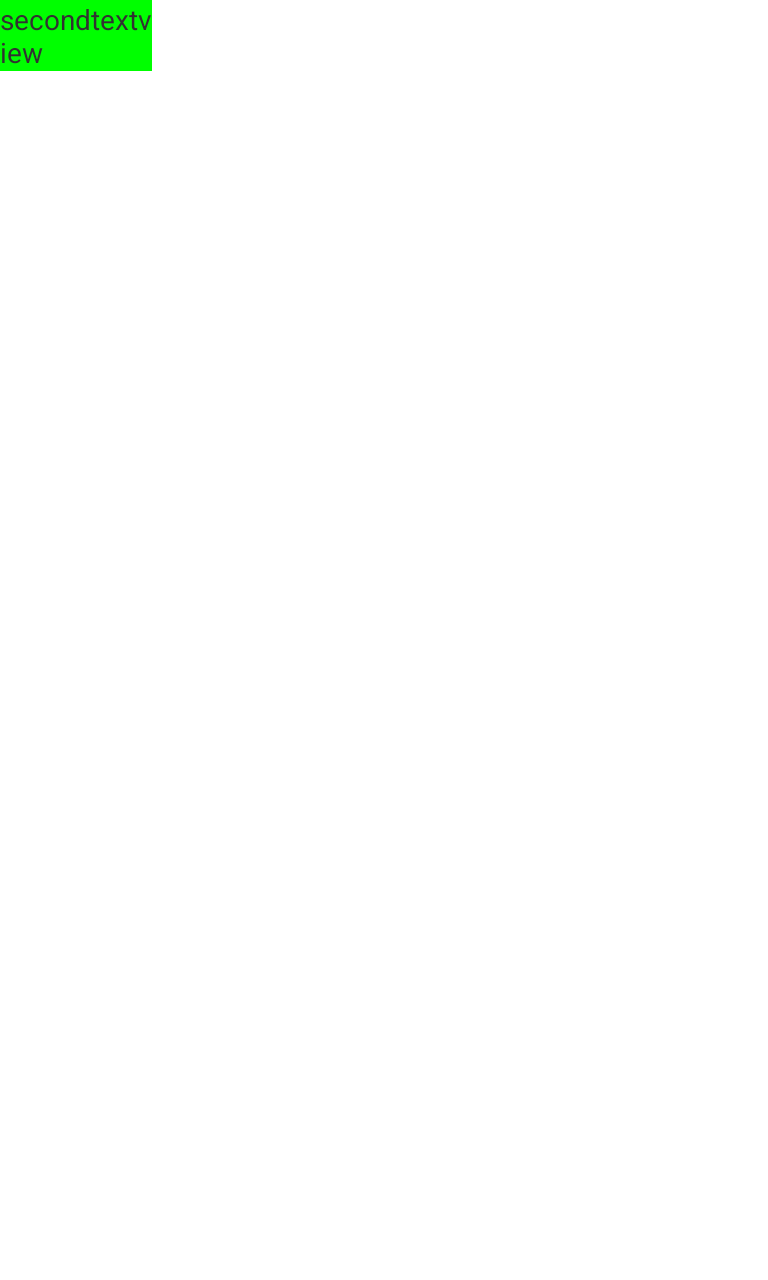
Repository: KungW/windows_learn_java_track
Layout: S01E13relativelayout/res/layout/activity_main.xml
The author's editor kept a copy of each file at every save. The layout is drawn from the files as they stood at one save, then again after the next save.
It is drawn on a 768 x 1280 px phone screen (xhdpi) without system bars, with theme AppTheme; the app's code is not run.

Above is the layout before, as saved 2016-10-11 03:53:56.

After the next save:
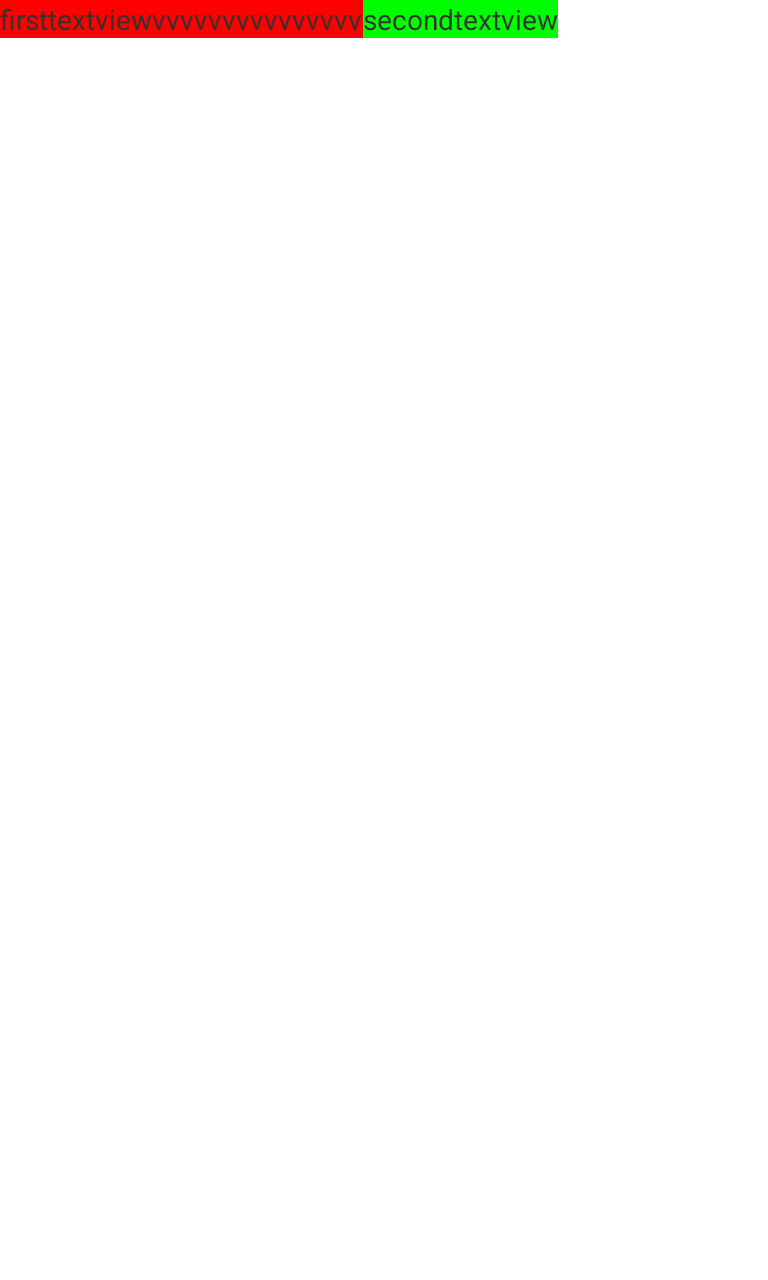
Saved 28 s later.
--- a/S01E13relativelayout/res/layout/activity_main.xml
+++ b/S01E13relativelayout/res/layout/activity_main.xml
@@ -21,7 +21,7 @@
         android:layout_width="wrap_content"
         android:layout_height="wrap_content"
         android:background="#ff0000"
-        android:text="firsttextview" />
+        android:text="firsttextviewvvvvvvvvvvvvvvvvvvvvvvvvvvvvv" />
     <TextView
         android:layout_width="wrap_content"
         android:layout_height="wrap_content"
